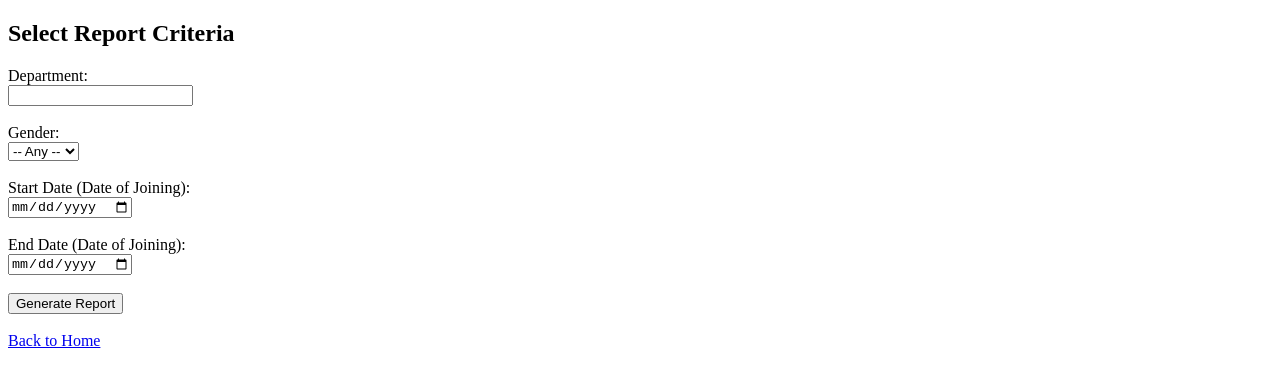
Repository: KUSUMA-74/Advance-JavaProject
Page: http://localhost/EmployeeWebApp/report_form.jsp
These files come from the project's save history. The page is drawn as it stood at one moment and after the next save; the edit follows.
The browser window is 1280 px wide. The pictures show the whole page.
The page is served by Tomcat 9.

Above is the page before, as saved 2025-05-30 04:24:16.

After the next save:
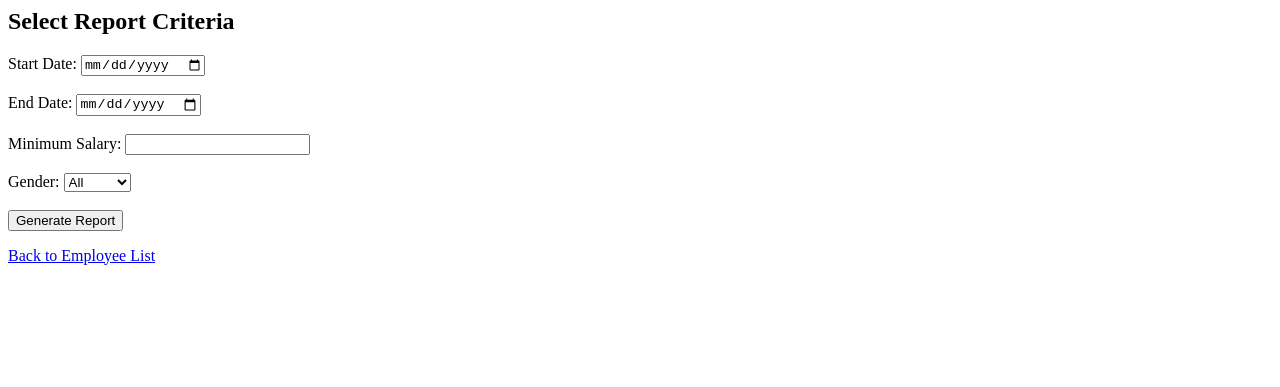
Saved 40 s later.
--- a/EmployeeWebApp/src/main/webapp/report_form.jsp
+++ b/EmployeeWebApp/src/main/webapp/report_form.jsp
@@ -1,37 +1,23 @@
-<!DOCTYPE html>
+<%@ page contentType="text/html;charset=UTF-8" language="java" %>
 <html>
-<head>
-    <title>Report Criteria</title>
-</head>
+<head><title>Report Criteria</title></head>
 <body>
-
 <h2>Select Report Criteria</h2>
 
-<form action="ReportCriteriaServlet" method="post">
-
-    <label>Department:</label><br/>
-    <input type="text" name="department" /><br/><br/>
-
-    <label>Gender:</label><br/>
+<form method="post" action="ReportServlet">
+    Start Date: <input type="date" name="startDate" required><br><br>
+    End Date: <input type="date" name="endDate" required><br><br>
+    Minimum Salary: <input type="number" step="0.01" name="minSalary"><br><br>
+    Gender:
     <select name="gender">
-        <option value="">-- Any --</option>
+        <option value="">All</option>
         <option value="Male">Male</option>
         <option value="Female">Female</option>
         <option value="Other">Other</option>
-    </select><br/><br/>
-
-    <label>Start Date (Date of Joining):</label><br/>
-    <input type="date" name="startDate" /><br/><br/>
-
-    <label>End Date (Date of Joining):</label><br/>
-    <input type="date" name="endDate" /><br/><br/>
-
-    <input type="submit" value="Generate Report" />
-
+    </select><br><br>
+    <input type="submit" value="Generate Report">
 </form>
 
-<br/>
-<a href="index.jsp">Back to Home</a>
-
+<a href="displayEmployees">Back to Employee List</a>
 </body>
 </html>
